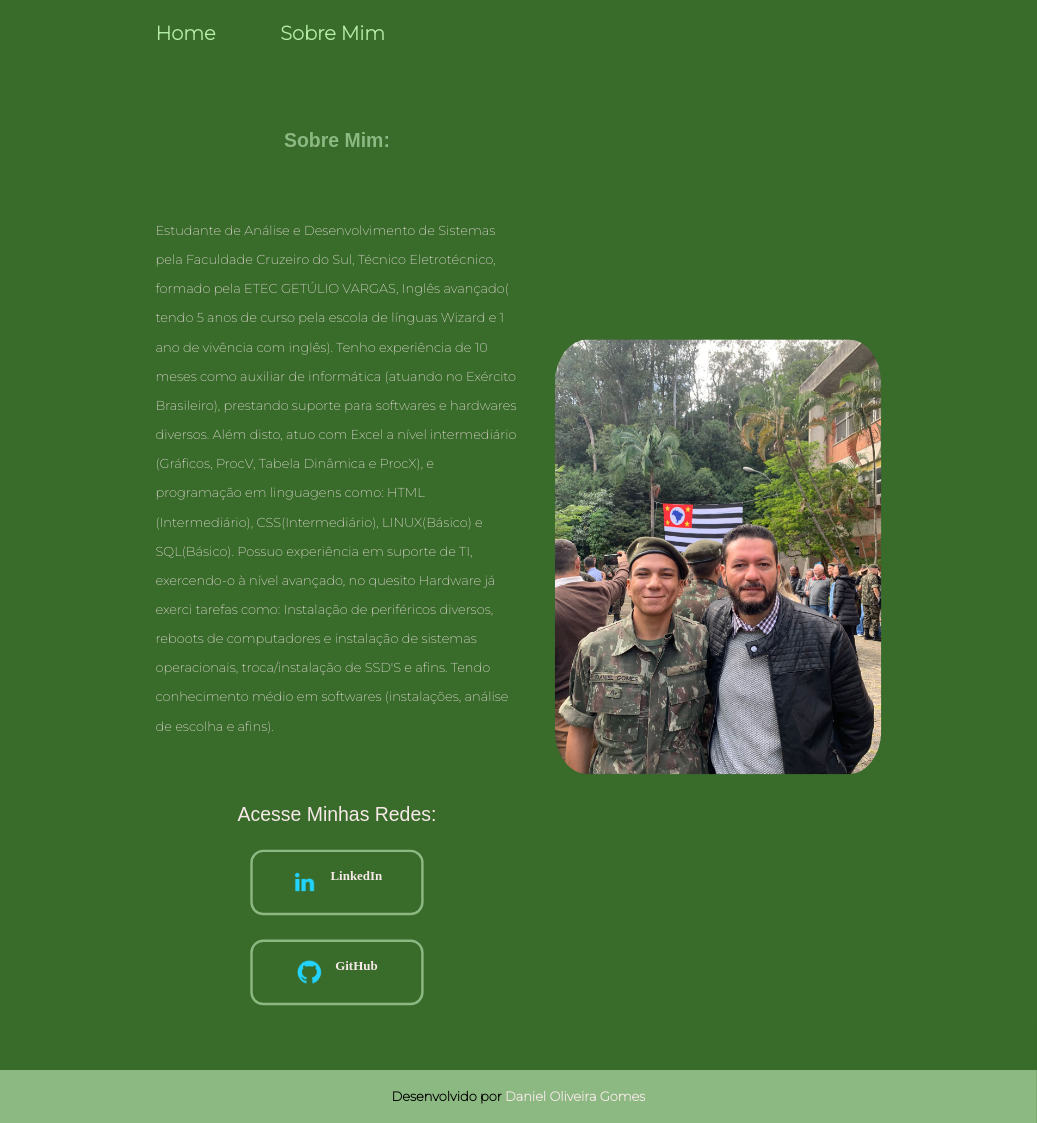
Repository: DamnDTX/Portfolio-Daniel-Oliveira-1
Page: about.html
These files come from the project's save history. The page is drawn as it stood at one moment and after the next save; the edit follows.
The browser window is 1280 px wide. The pictures show the whole page, at 81% of full size.
Some web fonts or font styles are not loaded; a fallback is used.

Above is the page before, as saved 2023-07-11 18:41:06.

### about.html
<!DOCTYPE html>
<html lang="pt-br">
<head>
    <meta charset="UTF-8">
    <meta name="viewport" content="width=device-width, initial-scale=1.0">
    <title>Sobre Mim</title>
    <link rel="stylesheet" href="./styles/about.css">
    <!--Há duas formas de nós conseguirmos linkar o nosso arquivos css, a primeira forma nós já sabemos, que é utilizando o elemento link, mas podemos fazer de outra forma, que é escrevendo "link:" e puxar o caminho do css, prefiro a primeira forma, já que a velocidade de ação é a mesma-->
</head>
<body>
<header>
    <header class="cabecalho">
        <nav class="cabecalho__menu">
            <a class="cabecalho__menu__link" href="index.html">Home</a>
            <a class="cabecalho__menu__link" href="about.html">Sobre Mim</a>
        </nav>
</header>
<!--Copiamos o header da outra página html, temos que ver que tem coisas que queremos que continue igual, igual
    o header e as estilizações (posicionamento e afins, quando for assim, copiamos as propriedades da mesma forma
    , alterando só quando necessário)
-->
<main class="principal">
    <section class="principal__conteudo">
        <h1 class="principal__conteudo__titulo">
   <strong>Sobre Mim:</strong>
        </h1>

        <h4 class="principal__conteudo__apresentacao">
            Estudante de Análise e Desenvolvimento de Sistemas pela Faculdade Cruzeiro do Sul, Técnico Eletrotécnico, formado pela ETEC GETÚLIO VARGAS, Inglês avançado( tendo 5 anos de curso pela escola de línguas Wizard e 1 ano de vivência com inglês). Tenho experiência de 10 meses como auxiliar de informática (atuando no Exército Brasileiro), prestando suporte para softwares e hardwares diversos. Além disto, atuo com Excel a nível intermediário (Gráficos, ProcV, Tabela Dinâmica e ProcX), e programação em linguagens como: HTML (Intermediário), CSS(Intermediário), LINUX(Básico) e SQL(Básico). Possuo experiência em suporte de TI, exercendo-o à nível avançado, no quesito Hardware já exerci tarefas como: Instalação de periféricos diversos, reboots de computadores e instalação de sistemas operacionais, troca/instalação de SSD'S e afins. Tendo conhecimento médio em softwares (instalações, análise de escolha e afins).
        </h4>
        <div class="principal__links">
            <h2 class="principal__links__subtitulo">Acesse Minhas Redes:</h2>
        <a class="principal__link__social" target="_blank" href="https://www.linkedin.com/in/daniel-oliveira-gomes-3470511b6/">
                <img src="./assets/Logo linkedin.png" alt="linkeidn_logo">
            LinkedIn
                </a>
        <a class="principal__link__social" target="_blank" href="https://github.com/DamnDTX/">
          <img src="./assets/Logo Github.png" alt="github_logo">
          GitHub
        </a>
    </section>
    <img class="daniel" alt="minha_pessoa" src="./assets/Daniel milico.jpeg">
</main>

<footer class="rodape">
    <h4>Desenvolvido por <strong class="desenvolvedor">Daniel Oliveira Gomes</strong></h4>
</footer>
</body>
</html>

### styles/about.css
@import url('https://fonts.googleapis.com/css2?family=Abril+Fatface&family=Krona+One&family=Montserrat:wght@100;200&display=swap');
@import url('https://fonts.googleapis.com/css2?family=Abril+Fatface&family=Krona+One&family=Montserrat:wght@100&display=swap');

:root{
    --cor-dos-textos:#F8E9E9;
    --fonte-textos:'Montsserrat',sans-serif;
    --fonte-titulos:'Krona One', sans-serif;
}




*{
    margin: 0;
    padding: 0;
}

body{
    background-color:  #396B2B;
    color: var(--cor-dos-textos);
    height: 100vh;
    box-sizing: border-box;
}
 /*O 100vh serve quando temos poucos elementos na página, quando o body não alcança tudo (quando há poucos
 elementos), quando não for o caso de termos poucos elementos, tiramos-o, ou melhor, não os usamos  */
strong{
    color: #8CB881;
}

.cabecalho{
padding: 2% 0 0 15%;
}

.cabecalho__menu{display: flex;
gap: 80px;}

.cabecalho__menu__link{
    font-size:  1.5rem;
    font-family: 'Montserrat', sans-serif;
    font-style: normal;
    font-weight: 600;
    line-height: normal;
    color: #B6EEA7;
    text-decoration: none;

}

.principal{display: flex;
align-items: center;
justify-content: space-between;
padding: 5% 15%;
gap: 40px;}



.principal__conteudo{
    width: 50%;
    height: 50%;
    display: flex;
    flex-direction: column;
    gap: 40px;
       }

.principal__conteudo__titulo{
    font-family: 'Krona One', sans-serif;
    font-size: 2.25;
    text-align: center;
    margin-top: 40px;

}



.principal__conteudo__apresentacao{
    font-family: 'Montserrat', sans-serif;
    display: flex;
    flex-direction: column;
    font-size:  1,5rem;
    font-style: normal;
    font-weight: 400;
    line-height: 36px;
    color: #F8E9E9;
    margin-top: 40px;
}

.daniel{
    height: 45%;
    width: 45%;
    border-radius: 10%;
    justify-content: center;
}

 .principal__links{
        justify-content: space-between;
        flex-direction:column;
        align-items: center;
        display: flex;
        width: 50% auto;
        padding: 16px;
        justify-content: center;
        align-items: center;
        gap: 20px;

        .principal__links__social:hover{
            background-color: #3843E0;
        }
 }
    .principal__links__subtitulo{
        font-family: 'Krona One', sans-serif;
        font-weight: 400;
        margin-top: 20px;
        }


    .principal__link__social{
        background-color: transparent;
        color: #F8E9E9;
        width: 50%;
        height: 32px;
        text-align: center;
        border-radius: 16px;
        font-size:  1,5rem;
        padding: 21.5px 0;
        text-decoration: none;
        font-weight: 600;
        border-style: solid;
        display: flex;
        justify-content: center;
        gap: 16px;
        margin-top: 10px;
        border-color: #8CB881;
    }

.logo{width: 28px;
    height: 28px;
    }

.rodape{font-size:  1,5rem;
    font-family: 'Montserrat', sans-serif;
    font-style: normal;
    font-weight: 400;
    line-height: 36px;
    background-color: #8CB881;
    text-align: center;
    color: black;
    padding: 15px;
    flex-shrink: 0;
}

    .desenvolvedor{color: #F8E9E9;}


    @media (max-width:800px) {
        .cabecalho {
            padding: 10%;
        }

        .cabecalho__menu{
            justify-content: center;
        }

        .principal {
            flex-direction: column-reverse;
            padding: 5% 5%;
        }

        .principal__conteudo{
            width: auto;
        }

        .daniel{
            width: 50%;
            height: 50%;
        }

    }

After the next save:
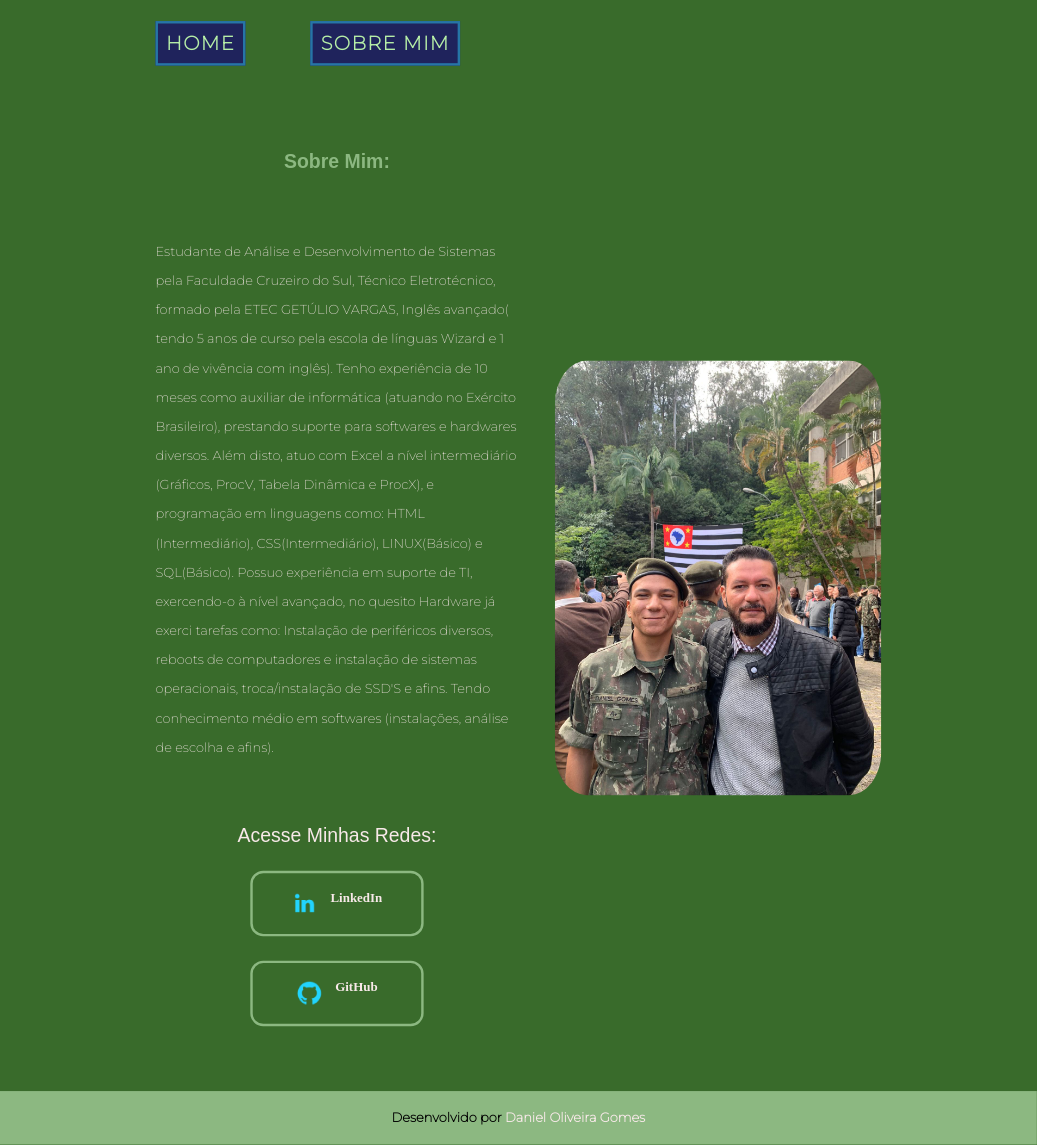
Saved 68 s later.
--- a/styles/about.css
+++ b/styles/about.css
@@ -42,7 +42,12 @@ gap: 80px;}
     line-height: normal;
     color: #B6EEA7;
     text-decoration: none;
-
+    text-transform: uppercase;
+    letter-spacing: 0.1rem;
+    border-style: solid;
+    border-color: #2675a6;
+    padding: 10px;
+    background-color: #1F235C;
 }
 
 .principal{display: flex;
